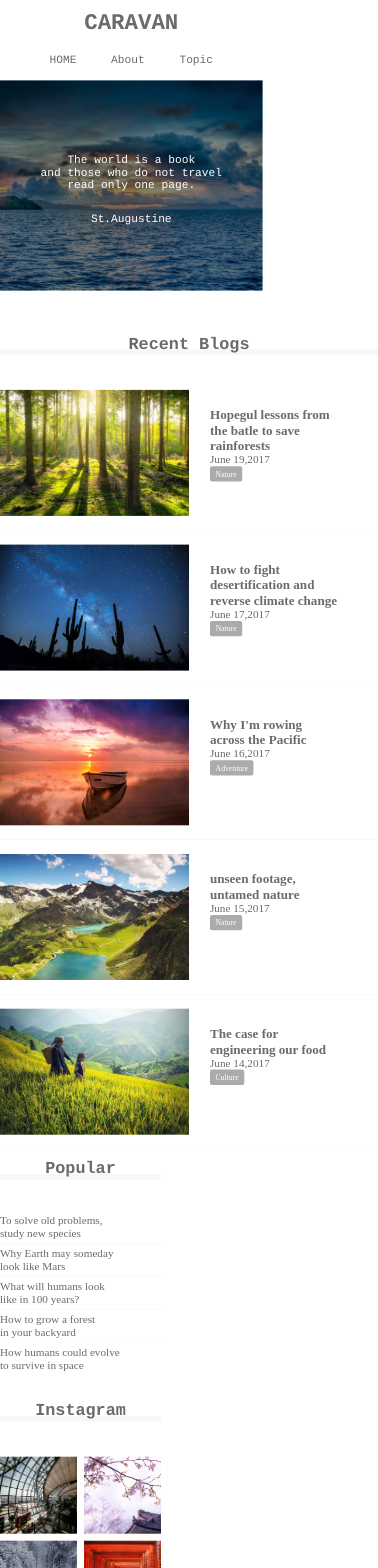
Repository: katayama-Web/html-practice
Page: caravan/index.html
The author's editor kept a record of every edit. The page is drawn from the files as they stood at one moment, then again after the next edit.
The browser window is 375 px wide. The page is 540 px wide, then 414 px, so the pictures cover 540 px, including what lies to the right of the window. The pictures show the part of the page from y = 0 to 2240 px (the page is 2996 px tall before and 3020 px after), at 70% of full size.
Some web libraries are served in a nearby version.

Above is the page before.

After the next edit:
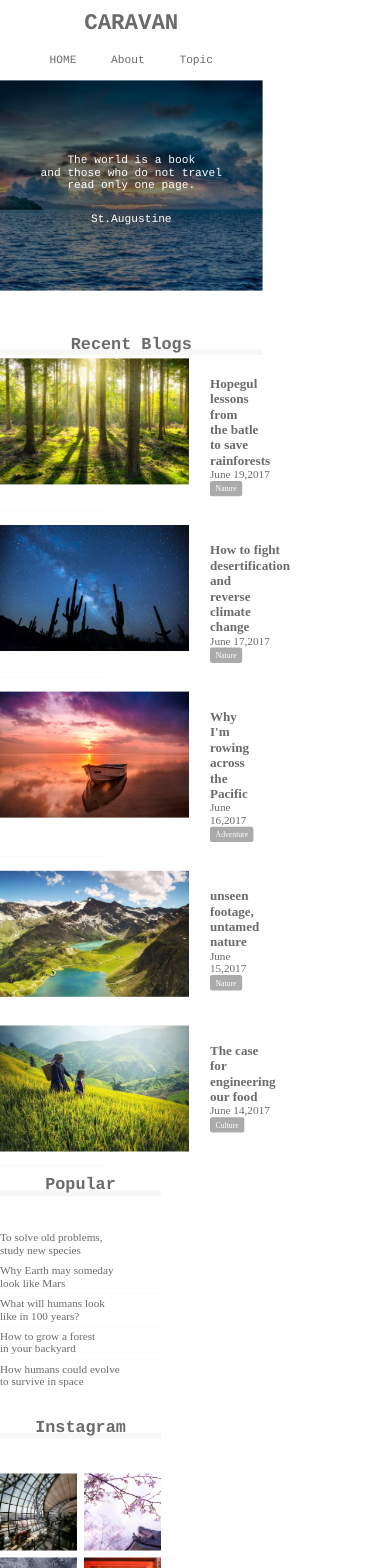
The edit:
--- a/caravan/style.css
+++ b/caravan/style.css
@@ -239,7 +239,12 @@
     display: block;
   }
 
-  .blog-image {
+  .blog {
+    width: 100%;
+    margin :0;
+  }
+
+  .blog-box {
     width: 40%;
     padding-top: 5px;
   }
